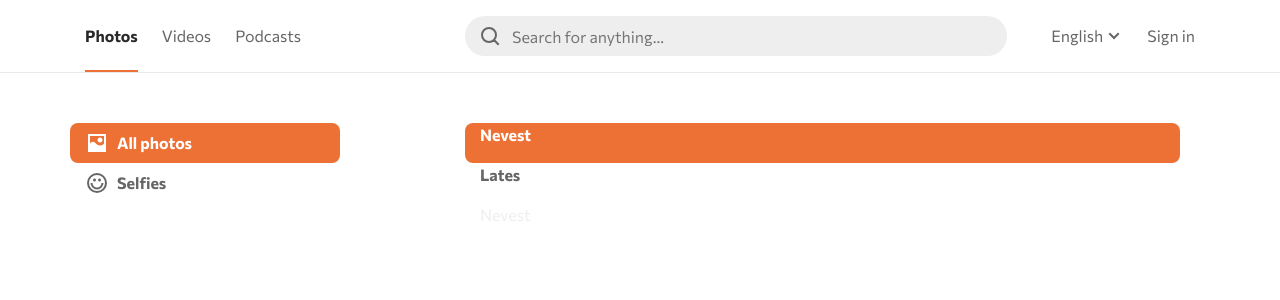
Repository: densavi/djinni
Page: index.html
An editor plug-in stored every save of this project. The page is shown before and after the next save, followed by the edit.
The browser window is 1280 px wide. The pictures show the whole page.
The style sheet was rebuilt from its Sass, Less or Tailwind sources for each picture, by a compiler version that may differ from the author's.

Above is the page before, as saved 2023-04-10 23:44:48.

After the next save:
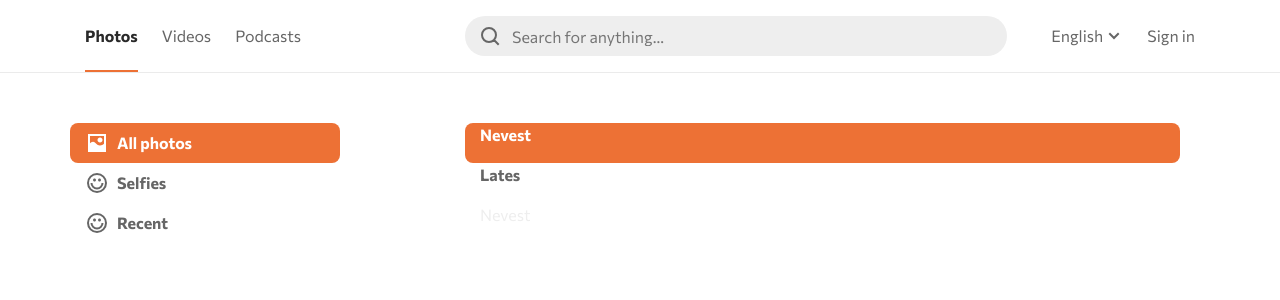
Saved 24 s later.
--- a/index.html
+++ b/index.html
@@ -78,6 +78,16 @@
                 Selfies
               </a>
             </li>
+            <li class="sidebar__item">
+              <a class="d-flex align-items-center sidebar__link" data-toggle="tab" href="#recent">
+                <svg width="24" height="24" viewBox="0 0 24 24" fill="none" xmlns="http://www.w3.org/2000/svg">
+                  <path d="M17.5 12C17.5 15.0376 15.0376 17.5 12 17.5C8.96243 17.5 6.5 15.0376 6.5 12M21 12C21 16.9706 16.9706 21 12 21C7.02944 21 3 16.9706 3 12C3 7.02944 7.02944 3 12 3C16.9706 3 21 7.02944 21 12Z" stroke="#666666" class="hover-fill" stroke-width="2"/>
+                  <path d="M11 9C11 9.82843 10.3284 10.5 9.5 10.5C8.67157 10.5 8 9.82843 8 9C8 8.17157 8.67157 7.5 9.5 7.5C10.3284 7.5 11 8.17157 11 9Z" fill="#666666"/>
+                  <path d="M16 9C16 9.82843 15.3284 10.5 14.5 10.5C13.6716 10.5 13 9.82843 13 9C13 8.17157 13.6716 7.5 14.5 7.5C15.3284 7.5 16 8.17157 16 9Z" fill="#666666"/>
+                </svg>
+                Recent
+              </a>
+            </li>
           </ul>
         </div>
         <div class="col-8">
